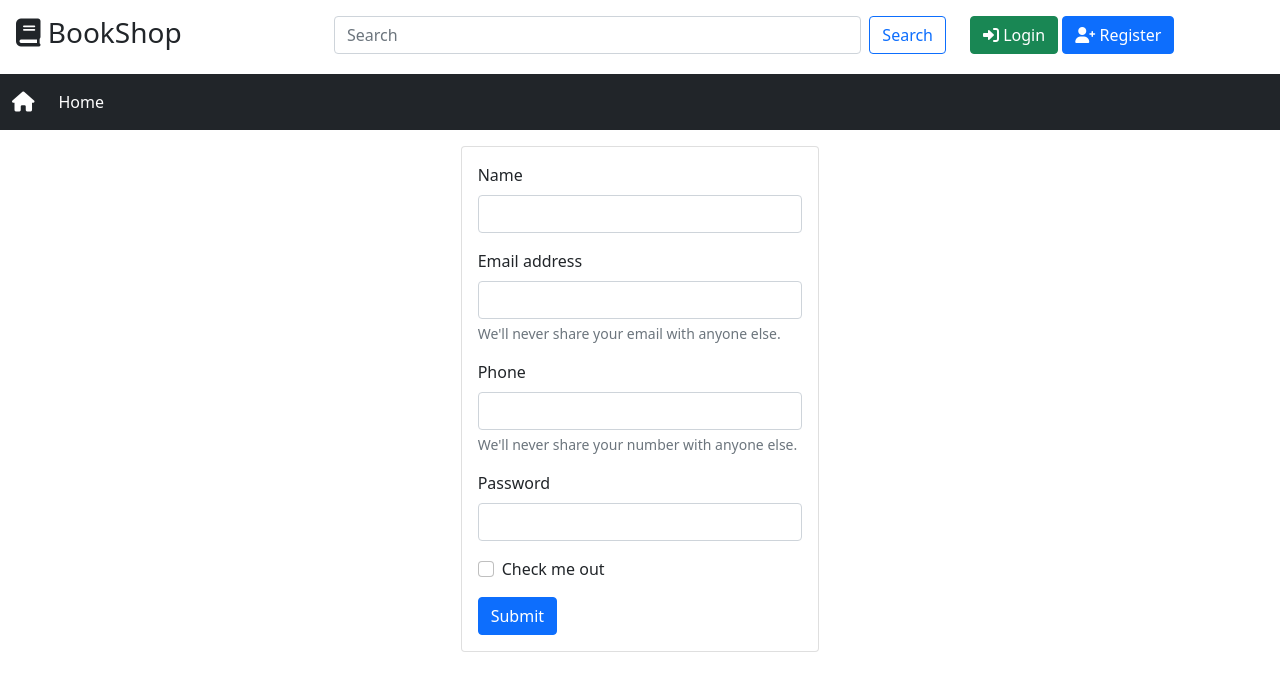
Repository: Abhishekverma23797/BookShopApp
Page: http://localhost/Ebook-App/Admin/add_books.jsp
These files come from the project's save history. The page is drawn as it stood at one moment and after the next save; the edit follows.
The browser window is 1280 px wide. The pictures show the whole page.
The page is served by Tomcat 9.

Above is the page before, as saved 2021-12-09 09:29:12.

After the next save:
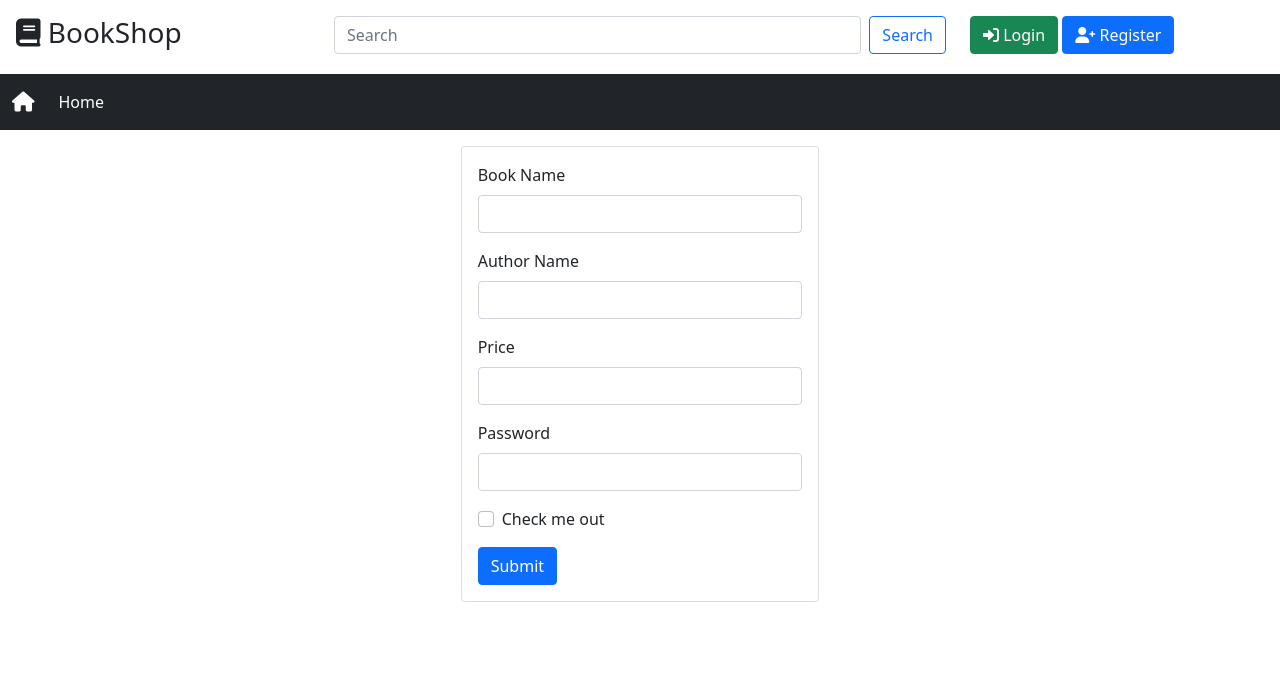
Saved 2 min 12 s later.
--- a/Ebook-App/src/main/webapp/Admin/add_books.jsp
+++ b/Ebook-App/src/main/webapp/Admin/add_books.jsp
@@ -19,26 +19,23 @@
 					<div class="card-body">
 						<form action="register" method="post">
 							<div class="mb-3">
-								<label for="exampleInputEmail1" class="form-label">Name</label>
+								<label for="exampleInputEmail1" class="form-label">Book Name</label>
 								<input type="text" class="form-control" id="exampleInputEmail1"
-									aria-describedby="emailHelp" required="required" name="name">
+									aria-describedby="emailHelp" required="required" name="bookname">
 
 							</div>
 							<div class="mb-3">
-								<label for="exampleInputEmail1" class="form-label">Email
-									address</label> <input type="email" class="form-control"
+								<label for="exampleInputEmail1" class="form-label">Author Name</label> <input type="email" class="form-control"
 									id="exampleInputEmail1" aria-describedby="emailHelp"
-									required="required" name="email">
-								<div id="emailHelp" class="form-text">We'll never share
-									your email with anyone else.</div>
+									required="required" name="author">
+
 							</div>
 							<div class="mb-3">
-								<label for="exampleInputEmail1" class="form-label">Phone</label>
+								<label for="exampleInputEmail1" class="form-label">Price</label>
 								<input type="number" class="form-control"
 									id="exampleInputEmail1" aria-describedby="emailHelp"
-									required="required" name="phone">
-								<div id="emailHelp" class="form-text">We'll never share
-									your number with anyone else.</div>
+									required="required" name="price">
+
 							</div>
 							<div class="mb-3">
 								<label for="exampleInputPassword1" class="form-label">Password</label>
